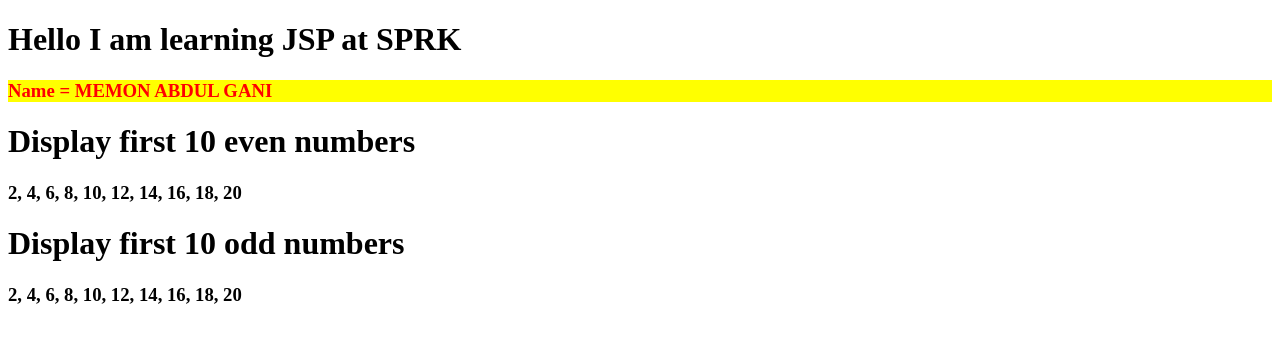
Repository: Gani25/adv_java_b2
Page: http://localhost/jsp_demo/demo.jsp
The author's editor kept a copy of each file at every save. The page is drawn from the files as they stood at one save, then again after the next save.
The browser window is 1280 px wide. The pictures show the whole page.
The page is served by Tomcat 9.

Above is the page before, as saved 2025-08-21 11:13:05.

After the next save:
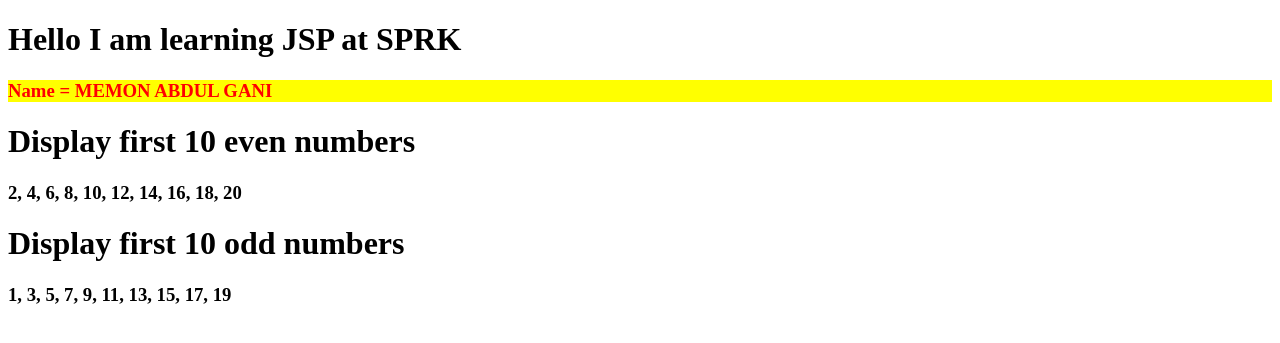
Saved 4 s later.
--- a/jsp_demo/src/main/webapp/demo.jsp
+++ b/jsp_demo/src/main/webapp/demo.jsp
@@ -25,7 +25,7 @@
 	%>
 	<h1>Display first 10 odd numbers</h1>
 	<%
-		out.print("<h3>"+displayEvenOrOdd(10, "EVEN")+"</h3>");
+		out.print("<h3>"+displayEvenOrOdd(10, "ODD")+"</h3>");
 
 	%>
 
